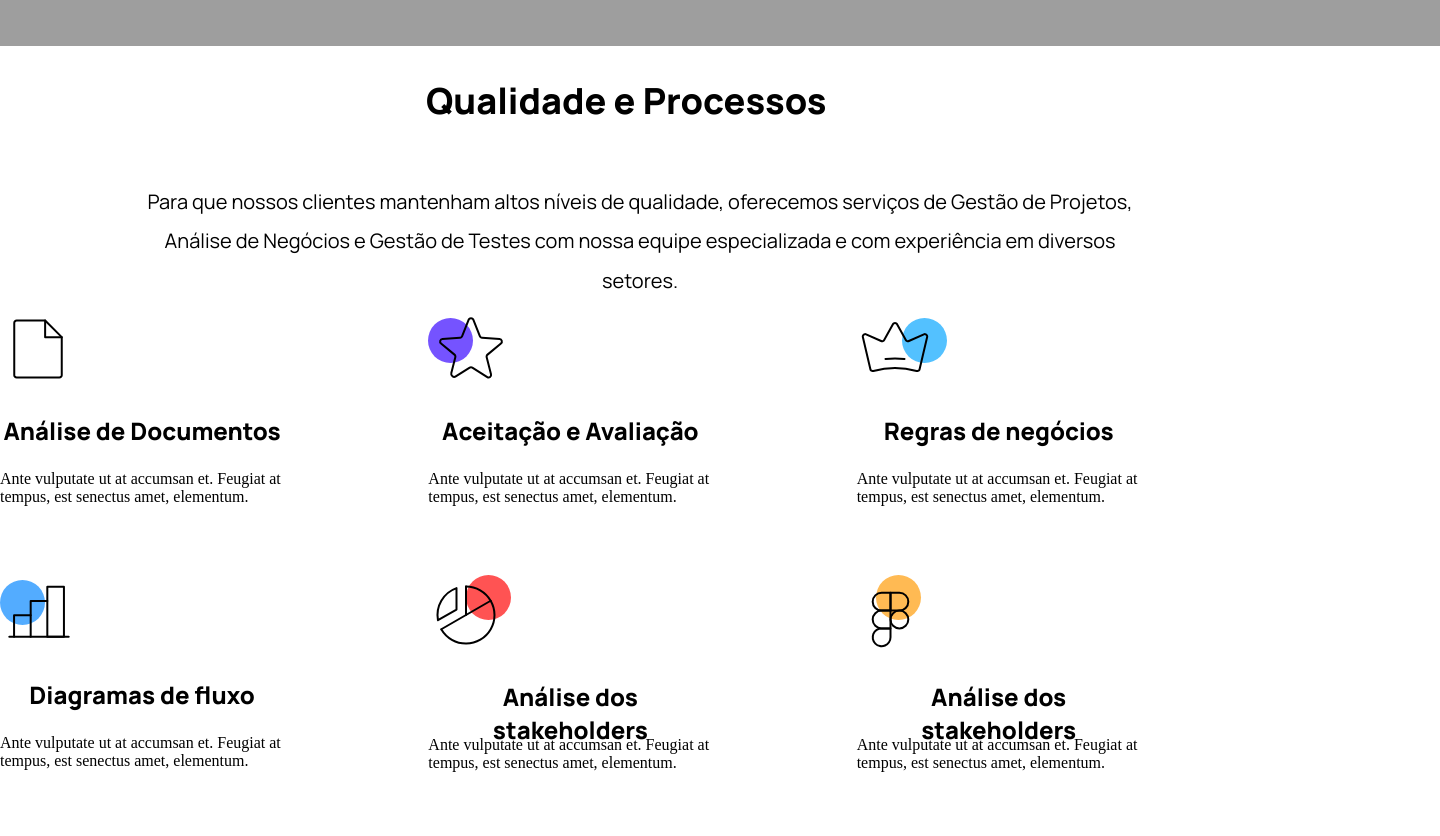
Repository: kleber-goncalves/Landing-Page-Gestao-de-projetos-dnc
Page: index.html
An editor plug-in stored every save of this project. The page is shown before and after the next save, followed by the edit.
The browser window is 1280 px wide. The page is 1440 px wide, so the pictures cover 1440 px, including what lies to the right of the window. The pictures show the part of the page from y = 708 to 1548 px (the page is 1544 px tall before and 1548 px after).
Pictures or frames that could not be fetched are drawn as grey boxes.

Above is the page before, as saved 2025-01-04 16:36:10.

### index.html
<!DOCTYPE html>
<html lang="pt-br">
<head>
    <meta charset="UTF-8">
    <meta name="viewport" content="width=device-width, initial-scale=1.0">
    <link rel="stylesheet" href="style.css">
    <link rel="preconnect" href="https://fonts.googleapis.com">
    <link rel="preconnect" href="https://fonts.gstatic.com" crossorigin>
    <link href="https://fonts.googleapis.com/css2?family=Manrope:wght@200..800&display=swap" rel="stylesheet">
    <title>Document</title>
</head>
<body>
    <main>
        <section id="topo" >
            <div id="elemnt-topo">
                <h1>Transformando em produtos digitais</h1>
                <p>Para que nossos clientes mantenham altos níveis de qualidade, oferecemos serviços de gestão de projetos e análise de negócios com nossa equipe especializada em diversos setores.</p>
            </div>
        </section>
        <section id="meio">
            <div id="txts-meio" >

                <h2>Qualidade e Processos</h2>
                <p>
                    Para que nossos clientes mantenham altos níveis de qualidade, oferecemos serviços de Gestão de Projetos, Análise de Negócios e Gestão de Testes com nossa equipe especializada e com experiência em diversos setores.
                </p>

            </div>






            <div id="icons-meio" >

                <div id="icons-documento">
                    <img class="img-icons" src="/img/icons-meio.img/document.svg" alt="document.svg">
                    <p class="txt-icons">Análise de Documentos</p>
                    <p class="sub-icons">Ante vulputate ut at accumsan et. Feugiat at tempus, est senectus amet, elementum.</p>
                </div>
                <div id="icons-estrela">
                    <img class="img-icons" src="/img/icons-meio.img/estrela.svg" alt="estrela.svg">
                    <p class="txt-icons">Aceitação e Avaliação</p>
                    <p class="sub-icons">Ante vulputate ut at accumsan et. Feugiat at tempus, est senectus amet, elementum.</p>
                </div>
                <div id="icons-coroa">
                    <img class="img-icons" src="/img/icons-meio.img/coroa.svg" alt="coroa.svg">
                    <p class="txt-icons">Regras de negócios</p>
                    <p class="sub-icons">Ante vulputate ut at accumsan et. Feugiat at tempus, est senectus amet, elementum.</p>
                </div>
                <div id="icons-fluxos">
                    <img class="img-icons" src="/img/icons-meio.img/fluxo.svg" alt="fluxo.svg">
                    <p class="txt-icons">Diagramas de fluxo</p>
                    <p class="sub-icons">Ante vulputate ut at accumsan et. Feugiat at tempus, est senectus amet, elementum.</p>
                </div>
                <div id="icons-bola">
                    <img class="img-icons" src="/img/icons-meio.img/bola.svg" alt="bola.svg">
                    <p class="txt-icons">Análise dos stakeholders</p>
                    <p class="sub-icons">Ante vulputate ut at accumsan et. Feugiat at tempus, est senectus amet, elementum.</p>
                </div>
                <div id="icons-figma">
                    <img class="img-icons" src="/img/icons-meio.img/figma.svg" alt="figma.svg">
                    <p class="txt-icons">Análise dos stakeholders</p>
                    <p class="sub-icons">Ante vulputate ut at accumsan et. Feugiat at tempus, est senectus amet, elementum.</p>
                </div>


            </div>

        </section>
    </main>
</body>
</html>

### style.css
body {
    margin: 0;
    font-size: 16px;
    box-sizing: border-box;
}





#topo {
    width:  1440px;
    height:  754px;
    background-image: url(/img/topo-fundo.svg);
    background-size: cover;
    background-repeat: no-repeat;
    display:flex ;
    flex-direction: column;
    justify-items: flex-start;
}

#topo > #elemnt-topo {
    margin-left: 121px;
    margin-top: 236px;
}

#elemnt-topo > h1 {
    width: 665px;
    height: 164px;
    font-family: "Manrope", serif;
    font-size: 64px;
    font-weight: 800;
    color: black;
}

#elemnt-topo > p {
    font-family: "Manrope", serif;
    width:  650px;
    height: 99px;
    font-family: Manrope;
    font-size: 20px;
    font-weight: 400;
}








#txts-meio {
    display: flex;
    flex-direction: column;
    align-items: center;
}

#txts-meio > h2 {
    width: 428px;
    height: 56px;
    color: black;
    font-family: "Manrope", serif;
    font-size: 36px;
    font-weight: 800;
    line-height: 49.18px;
}


#txts-meio > p {
    width:  994px;
    height:  109px;
    color: black;
    font-family: "Manrope", serif;
    font-size: 20px;
    font-weight: 400;
    line-height: 39.5px;
    text-align: center;
}




#icons-meio {
    display: grid;
    grid-template-columns: repeat(3, 1fr);
    gap: 5px;
}

.txt-icons {
    width:  284px;
    height:  31px;
    font-family: "Manrope", serif;
    font-size: 24px;
    font-weight: 800;
    line-height: 32.78px;
    text-align: center;
}

.sub-icons {
    width:  298px;
    height:  84px;

}

After the next save:
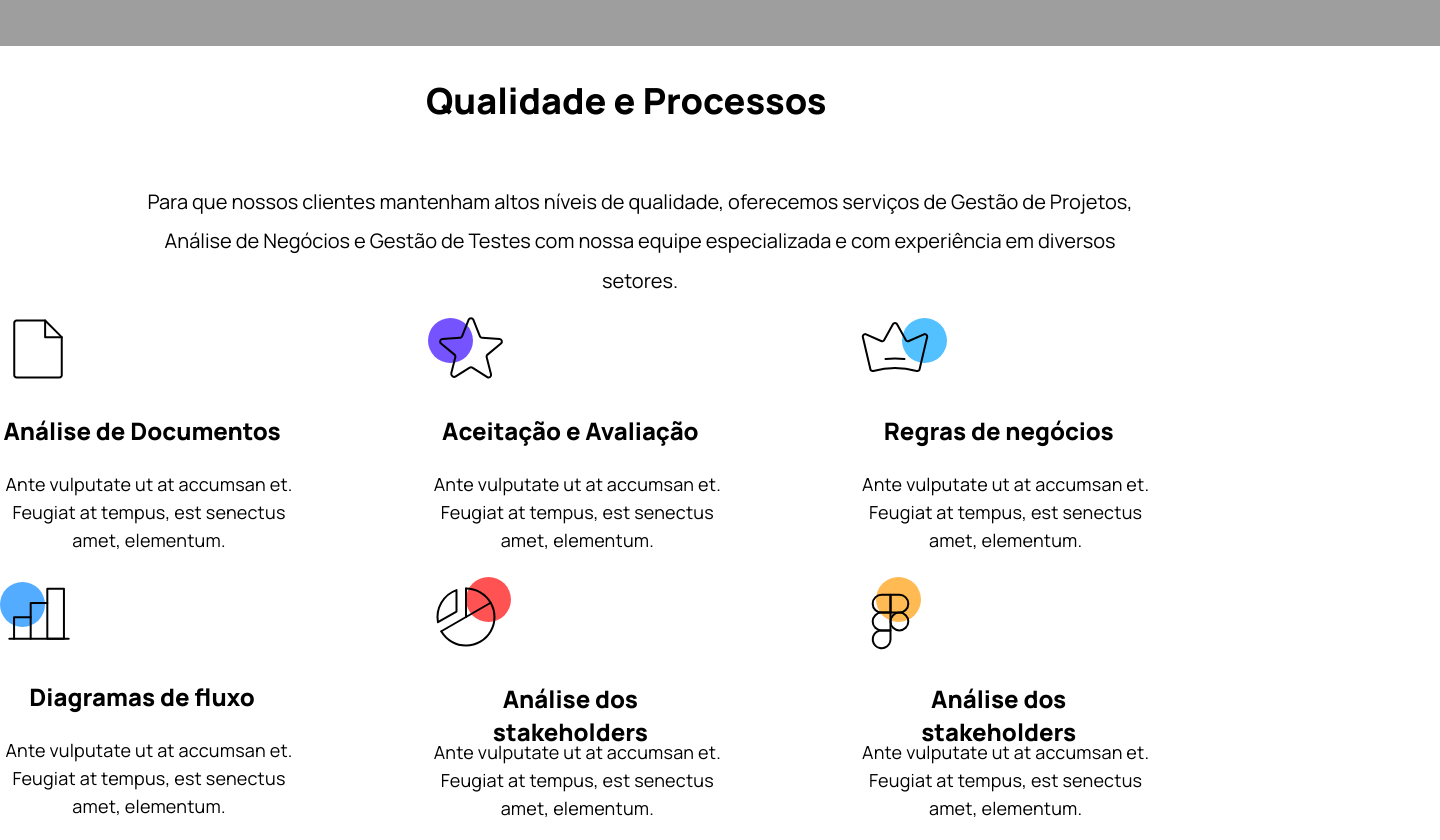
Saved 6 s later.
--- a/style.css
+++ b/style.css
@@ -99,5 +99,13 @@ body {
 .sub-icons {
     width:  298px;
     height:  84px;
+    font-family: Manrope;
+    font-size: 18px;
+    font-weight: 400;
+    line-height: 28px;
+    letter-spacing: 0.20000004768371582px;
+    text-align: center;
+    text-underline-position: from-font;
+    text-decoration-skip-ink: none;
 
 }
